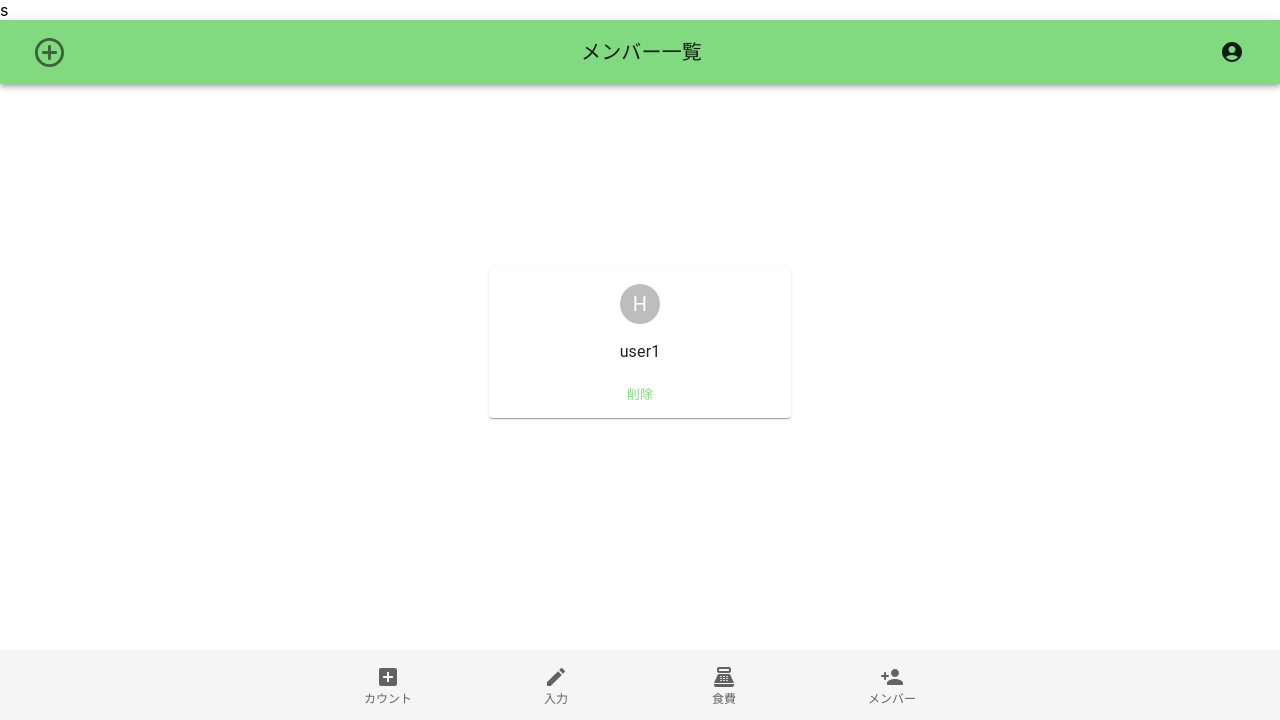
Repository: motohiro0410/motsufood
Page: /users (app in frontend/)
The author's editor kept a copy of each file at every save. The page is drawn from the files as they stood at one save, then again after the next save.
The browser window is 1280 px wide. The pictures show the whole page.
The page's requests for data from a server got no answer. The project was rebuilt for these pictures with package versions that can differ from the ones it lists, and the page was loaded fresh each time. No one was signed in, and anything a server would have sent is missing. Also part of the build but not shown: frontend/src/App.css, frontend/src/components/pages/Login.tsx, frontend/src/components/organisms/MainHeader.tsx, frontend/src/components/pages/Count.tsx, frontend/src/components/pages/Money.tsx, frontend/src/components/organisms/SignInHeader.tsx, frontend/src/components/pages/SignIn.tsx, frontend/src/components/pages/Page404.tsx and 1 more.

Above is the page before, as saved 2022-08-14 00:50:17.

### frontend/src/App.tsx
import './App.css';
import { BrowserRouter } from "react-router-dom";

import { Router } from "./router/Router";
import { ThemeProvider } from '@mui/system';
import { theme } from './theme/theme';

import { AdapterDateFns } from '@mui/x-date-pickers/AdapterDateFns';
import { LocalizationProvider } from '@mui/x-date-pickers/LocalizationProvider';
import { HeaderProvider } from "./providers/HeaderProvider"

function App() {
  return (
    <LocalizationProvider dateAdapter={AdapterDateFns}>
      <ThemeProvider theme={theme}>
        <HeaderProvider>
          <BrowserRouter>s
            <Router />
          </BrowserRouter>
        </HeaderProvider>
      </ThemeProvider>
    </LocalizationProvider>


  );
}

export default App;

### frontend/src/router/Router.tsx
import { FC, memo } from "react";
import { Switch, Route } from "react-router-dom";

import { Login } from "../components/pages/Login";
import { Count } from "../components/pages/Count";
import { Money } from "../components/pages/Money";
import { Users } from "../components/pages/Users";
import { SignIn } from "../components/pages/SignIn";
import { Page404 } from "../components/pages/Page404";

import { InputFoodExpence } from "../components/pages/InputFoodExpence";

export const Router: FC = memo(() => {
  return (
    <Switch>
      <Route exact path="/">
        <Login />
      </Route>
      <Route path="/signin">
        <SignIn />
      </Route>
      <Route path="/users/:userId/count">
        <Count />
      </Route>
      <Route path="/users/:userId/money">
        <Money />
      </Route>
      <Route path="/users">
        <Users />
      </Route>
      <Route path="/users/:userId/input">
        <InputFoodExpence />
      </Route>
      <Route path="*">
        <Page404 />
      </Route>
    </Switch>
  )
})

### frontend/src/theme/theme.ts
import { createTheme } from "@mui/material"

export const theme = createTheme({
  palette: {
    primary: {
      main: "#81da7f"
    }
  }
});

### frontend/src/providers/HeaderProvider.tsx
import { createContext } from "react";

export const HeaderContext = createContext<Context[]>({} as Context[]);

export type Context = {
  title: string;
}

export const HeaderProvider = (props: any) => {
  const { children } = props;
  const contextName: Context[] = [
    {title: "ホーム"},
    {title: "食費入力"},
    {title: "支払い"},
    {title: "ユーザー編集"},
  ]



  return (
    <HeaderContext.Provider value={contextName}>
      {children}
    </HeaderContext.Provider>
  )
}

### frontend/src/components/pages/Users.tsx
import { FC, memo, useState, useEffect } from "react";

import { GroupHeader } from "../organisms/GroupHeader";
import { Footer } from "../organisms/Footer";
import { Grid, Typography, Card, Stack, Avatar, CardContent, Button, CircularProgress, Box } from "@mui/material"
import { UserDetailModal } from "../organisms/UserDetailModal";
import { useAllUsers } from "../../apis/useAllUsers";

export const Users: FC = memo(() => {
    // モーダルの開閉
    const [open, setOpen] = useState(false);
    const handleOpen = () => setOpen(true);
    const handleClose = () => setOpen(false);

    const { getUsers, loading, users } = useAllUsers();


    useEffect(() => getUsers(), [])

  return (
    <>
      {loading ? (
        <Box textAlign="center" sx={{ mt: "50%" }}>
          <CircularProgress />
        </Box>
      ) : (
        <>
          <GroupHeader  handleOpen={handleOpen} />
          <Grid container justifyContent="center" spacing={3} sx={{ mt: 20 }} wrap="wrap" >
            <Grid item xs={3} sm={3}>
              <Card sx={{ height: 150 }}>
                <Stack alignItems="center" direction="column">
                  <Avatar sx={{mt: 2}}>H</Avatar>
                  <CardContent>
                    <Typography>
                      user1
                    </Typography>
                  </CardContent>
                  <Button variant="text" size="small">削除</Button>
                </Stack>
              </Card>
            </Grid>
          </Grid>
          <Footer />
          <UserDetailModal open={open} handleClose={handleClose} />
        </>
      )}
    </>
  )
})

### frontend/src/components/organisms/Footer.tsx
import React, { FC, memo } from "react";

import Box from '@mui/material/Box';
import BottomNavigation from '@mui/material/BottomNavigation';
import BottomNavigationAction from '@mui/material/BottomNavigationAction';
import AddBoxIcon from '@mui/icons-material/AddBox';
import ModeEditRoundedIcon from '@mui/icons-material/ModeEditRounded';
import PointOfSaleRoundedIcon from '@mui/icons-material/PointOfSaleRounded';
import PersonAddRoundedIcon from '@mui/icons-material/PersonAddRounded';
import { grey } from '@mui/material/colors';

export const Footer: FC = memo(() => {

  return (
    <Box sx={{ width: '100%', position: 'fixed', bottom: 0 }}
    >
      <BottomNavigation
        showLabels
        sx={{bgcolor: grey[100], height: 70 }}
      >
        <BottomNavigationAction href="/users/100/Count" label="カウント" icon={<AddBoxIcon />} />
        <BottomNavigationAction href="/users/100/input" label="入力" icon={<ModeEditRoundedIcon />} />
        <BottomNavigationAction href="/users/100/money" label="食費" icon={<PointOfSaleRoundedIcon />} />
        <BottomNavigationAction href="/users" label="メンバー" icon={<PersonAddRoundedIcon />} />
      </BottomNavigation>
    </Box>
  );
})

### frontend/src/components/organisms/UserDetailModal.tsx
import { FC, memo } from "react";

import { Stack, FormControl, FormLabel, Input } from "@mui/material";
import Box from '@mui/material/Box';
import Modal from '@mui/material/Modal';

type Props = {
  handleClose: () => void;
  open: boolean;
}

export const UserDetailModal: FC<Props> = memo((props) => {
  const { open, handleClose } = props;

  const style = {
    position: 'absolute' as 'absolute',
    top: '50%',
    left: '50%',
    transform: 'translate(-50%, -50%)',
    width: 500,
    bgcolor: 'background.paper',
    border: '2px solid #000',
    boxShadow: 24,
    p: 4,
  };

  return (
    <div>
    <Modal
      open={open}
      onClose={handleClose}
      aria-labelledby="modal-modal-title"
      aria-describedby="modal-modal-description"
    >
      <Box sx={style}>
        <Stack spacing={4}>
          <FormControl>
            <FormLabel>名前</FormLabel>
            <Input></Input>
          </FormControl>
          <FormControl>
            <FormLabel>email</FormLabel>
            <Input></Input>
          </FormControl>
          <FormControl>
            <FormLabel>password</FormLabel>
            <Input></Input>
          </FormControl>
        </Stack>
      </Box>
    </Modal>
  </div>
  )
})

### frontend/src/components/organisms/GroupHeader.tsx
import { FC, memo } from "react";

import AppBar from '@mui/material/AppBar';
import Box from '@mui/material/Box';
import Toolbar from '@mui/material/Toolbar';
import Typography from '@mui/material/Typography';
import AddCircleOutlineIcon from '@mui/icons-material/AddCircleOutline';
import IconBuuton from '@mui/material/IconButton';
import IconButton from '@mui/material/IconButton';
import AccountCircle from '@mui/icons-material/AccountCircle';

type Props = {
  handleOpen: () => void
}

export const GroupHeader: FC<Props> = memo((props) => {
  const { handleOpen } = props;

  return (
    <Box>
      <AppBar position="static"  >
        <Toolbar>
        <IconBuuton>
            <AddCircleOutlineIcon fontSize="large" />
          </IconBuuton>
          <Typography textAlign="center" variant="h6" component="div" sx={{ flexGrow: 1}}>
            メンバー一覧
          </Typography>
          <IconButton
              size="large"
              aria-label="account of current user"
              aria-controls="menu-appbar"
              aria-haspopup="true"
              color="inherit"
              onClick={handleOpen}
            >
              <AccountCircle  />
            </IconButton>
        </Toolbar>
      </AppBar>
    </Box>
  )
})

### frontend/src/apis/useAllUsers.ts
import axios from 'axios';
import { useCallback, useState } from 'react';

import { usersIndex } from '../urls/Url'

export const useAllUsers = () => {

  const [loading, setLoading] = useState(false)
  const [users, setUsers] = useState([])

  const getUsers = useCallback(() => {
    setLoading(true)
    axios.get(usersIndex)
      .then((res) => setUsers(res.data))
      // 本来はバリデーションエラーメッセージなどを表示
      .catch((e) => alert("ユーザー取得に失敗しました")
      )
      .finally(() => setLoading(false))
    }, [setUsers, setLoading]);

    return { getUsers, loading, users }
}

### frontend/src/urls/Url.ts
export const DEFAULT_API_LOCALHOST = 'http://localhost:3000/api/v1'

export const usersIndex = `${DEFAULT_API_LOCALHOST}/users`
export const moneyCreate = (userId: any) => `${DEFAULT_API_LOCALHOST}/users/${userId}/money`
export const notEatingCountCreate = (userId: any) => `${DEFAULT_API_LOCALHOST}/users/${userId}/count`
export const inputCreate = (userId: any) => `${DEFAULT_API_LOCALHOST}/users/${userId}/input`

Loaded but not shown: frontend/public/index.html (common file); frontend/src/index.tsx (common file); frontend/src/index.css (common file); frontend/src/reportWebVitals.ts (common file)

After the next save:
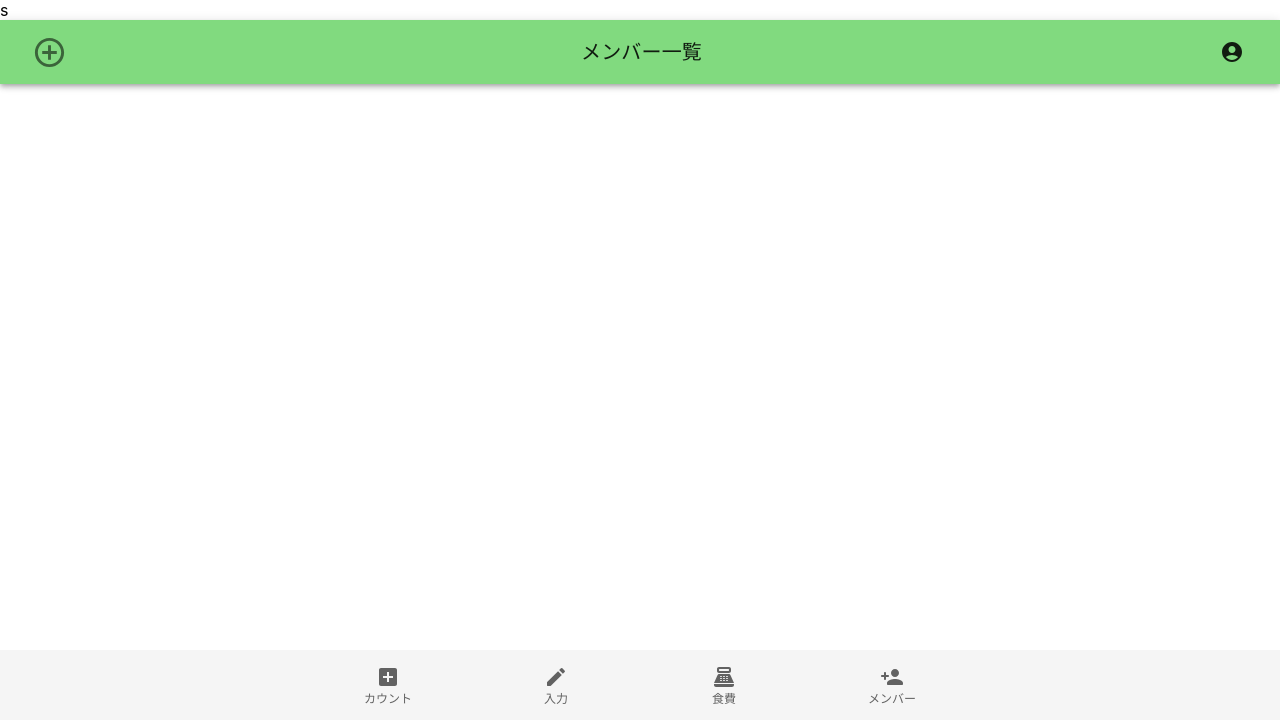
Saved 2 min 32 s later.
--- a/frontend/src/components/pages/Users.tsx
+++ b/frontend/src/components/pages/Users.tsx
@@ -27,7 +27,8 @@ export const Users: FC = memo(() => {
         <>
           <GroupHeader  handleOpen={handleOpen} />
           <Grid container justifyContent="center" spacing={3} sx={{ mt: 20 }} wrap="wrap" >
-            <Grid item xs={3} sm={3}>
+            {users.map((user) => {
+            <Grid item xs={3} sm={3} key={user.id}>
               <Card sx={{ height: 150 }}>
                 <Stack alignItems="center" direction="column">
                   <Avatar sx={{mt: 2}}>H</Avatar>
@@ -40,6 +41,7 @@ export const Users: FC = memo(() => {
                 </Stack>
               </Card>
             </Grid>
+            })}
           </Grid>
           <Footer />
           <UserDetailModal open={open} handleClose={handleClose} />
